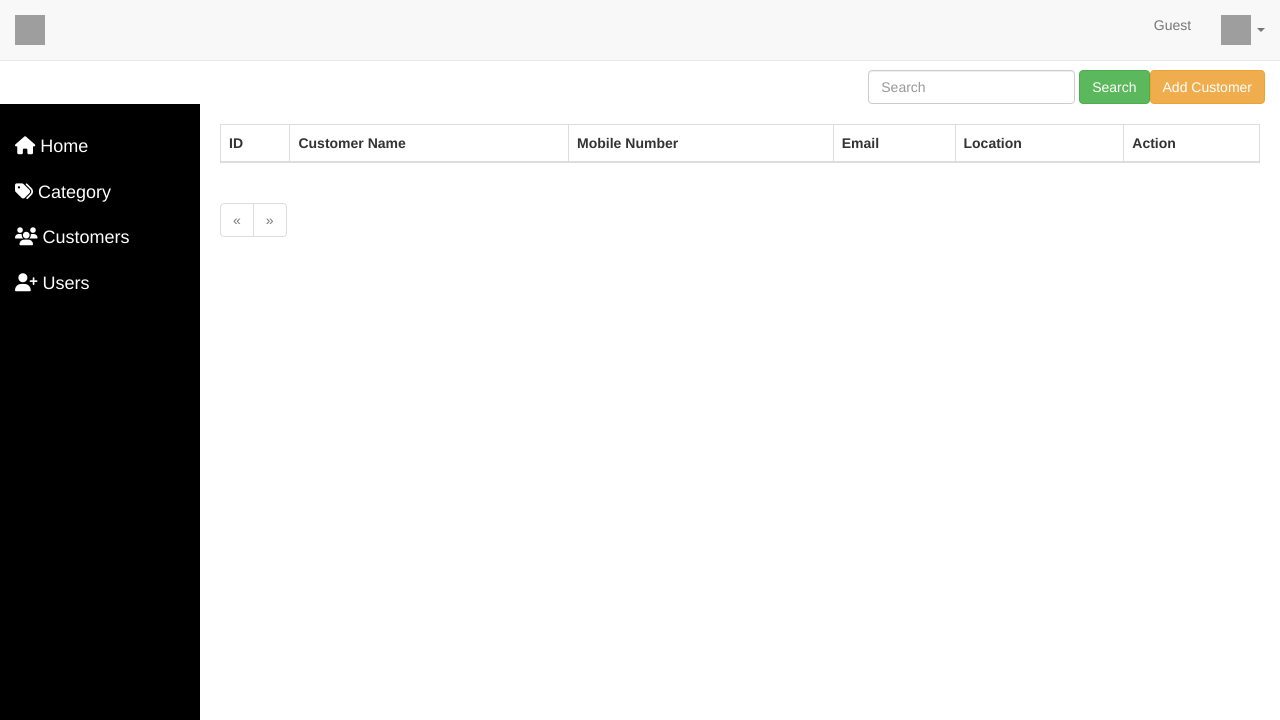
Repository: Nireshkumar24/CRM
Page: http://localhost/adduser
The author's editor kept a copy of each file at every save. The page is drawn from the files as they stood at one save, then again after the next save.
The browser window is 1280 px wide. The pictures show the whole page.
Pictures or frames that could not be fetched are drawn as grey boxes. The page is served by the project's application, run on Flask 3 (app.py). Queries for data that is not in the repository find no rows.

Above is the page before, as saved 2024-05-23 11:40:38.
Console error: ReferenceError: $ is not defined

### templates/adduser.html
<!DOCTYPE html>
<html lang="en">

<head>
    <meta charset="UTF-8">
    <meta name="viewport" content="width=device-width, initial-scale=1.0">
    <title>Adduser</title>
    <!-- Bootstrap 3.3.7 CSS -->
    <link rel="stylesheet" href="https://cdn.jsdelivr.net/npm/bootstrap@3.3.7/dist/css/bootstrap.min.css">
    <link href="https://fonts.googleapis.com/css?family=Roboto&display=swap" rel="stylesheet">
    <link rel="stylesheet" href="https://cdnjs.cloudflare.com/ajax/libs/font-awesome/6.2.0/css/all.min.css">

    <style>
        .profile-dropdown-toggle::after {
            display: none;
        }

        .side-nav {
            height: 100vh;
            width: 200px;
            position: fixed;
            z-index: 1;
            left: 0;
            background-color: #000;
            overflow-x: hidden;
            padding-top: 20px;
        }

        .side-nav a {
            padding: 10px 15px;
            text-decoration: none;
            font-size: 18px;
            color: white;
            display: block;
            transition: 0.3s;
        }

        .side-nav a:hover {
            color: #f1f1f1;
            background-color: #575757;
        }

        .content {
            margin-left: 200px;
            padding: 20px;
        }

        @media (max-width: 768px) {


            /* Always float the navbar header to the left */
            .navbar-header {
                float: left;
            }

            /* Override the collapsing behavior */
            .navbar-collapse.collapse {
                display: block !important;
                height: auto !important;
                padding-bottom: 0;
                overflow: visible !important;
            }

            /* Ensure navbar items are displayed inline */
            .navbar-nav>li {
                display: inline-block;
            }

            /* Center the navbar items */
            .navbar-nav {
                float: none;
                /* text-align: center; */
                text-align: right;

            }

            /* Adjust the dropdown menu position */
            .navbar-right .dropdown-menu {
                right: 0;
                left: auto;
            }

            /* Optional: Increase the size of the toggle for better usability */
            .navbar-toggle {
                display: none;
                /* You might choose to hide or show and increase its size */
            }

            /* Adjust the brand logo size if necessary */
            .navbar-brand img {
                max-width: 100%;
                height: auto;
            }

            @media (max-width: 768px) {
                .form-inline.text-right {
                    display: flex;
                    align-items: center;
                    justify-content: center;
                    /* Center the form on small screens */
                }

                .form-inline.text-right .form-control {
                    flex-grow: 1;
                }

                .form-inline.text-right .btn {
                    margin-left: 10px;
                }

                .content {
                    padding-top: 70px;
                    /* Adjust padding to avoid overlap with navbar */
                }
            }

            .btn-success {
                background-color: #28a745;
            }


        }
    </style>
</head>

<body>
    <!-- Navbar using Bootstrap 3 structure -->
    <nav class="navbar navbar-default navbar-fixed-top">
        <div class="container-fluid">
            <div class="navbar-header">
                <button type="button" class="navbar-toggle collapsed" data-toggle="collapse"
                    data-target="#navbar-collapse-1" aria-expanded="false">
                    <span class="sr-only">Toggle navigation</span>
                    <span class="icon-bar"></span>
                    <span class="icon-bar"></span>
                    <span class="icon-bar"></span>
                </button>
                <a class="navbar-brand" href="#">
                    <img src="path/to/your/logo.png" width="30" height="30" class="d-inline-block align-top" alt=""
                        loading="lazy">
                </a>
            </div>
            <div class="collapse navbar-collapse" id="navbar-collapse-1">
                <ul class="nav navbar-nav navbar-right">
                    <li><a href="#">{{ session['username'] if 'username' in session else 'Guest' }}</a></li>
                    <li class="dropdown">
                        <a href="#" class="dropdown-toggle" data-toggle="dropdown" role="button" aria-haspopup="true"
                            aria-expanded="false">
                            <img src="path/to/profile/picture.jpg" width="30" height="30" class="rounded-circle"
                                alt="Profile Picture"> <span class="caret"></span>
                        </a>
                        <ul class="dropdown-menu">
                            <li><a href="{{url_for('login')}}">Logout</a></li>
                        </ul>
                    </li>
                </ul>
            </div>
        </div>
    </nav>
    <!-- <div class="container-fluid" style="padding-top: 70px;">
        <div class="row">
            <div class="col-md-12" id="search-and-add">
                <form class="form-inline text-right" action="/search_user" method="post">
                    <input type="search" class="form-control" placeholder="Search" name="search"
                        style="margin-right: 5px;">
                    <button type="submit" class="btn btn-success" style="margin-right: 5px;">Search</button>
                    <button type="button" class="btn btn-warning pull-right" data-toggle="modal"
                        data-target="#addCategoryModal">
                        Add Customer
                    </button>
                </form>
            </div>
        </div>
    </div> -->
    <div class="container-fluid" style="padding-top: 70px;">
        <div class="row">
            <div class="col-md-12" id="search-and-add">
                <form class="form-inline text-right" action="/search_user" method="post">
                    <input type="search" class="form-control" placeholder="Search" name="search">
                    <button type="submit" class="btn btn-success">Search</button>
                    <button type="button" class="btn btn-warning pull-right" data-toggle="modal"
                        data-target="#addCategoryModal">
                        Add Customer
                    </button>
                </form>
            </div>
        </div>
    </div>

    <div class="side-nav">
        <a href="/index"><i class="fa fa-home"></i> Home</a>
        <a href="/addcategory"><i class="fa fa-tags"></i> Category</a>
        <a href="/adduser"><i class="fa fa-users"></i> Customers</a>
        <a href="/createuser"><i class="fa fa-user-plus"></i> Users</a>
    </div>
    <div class="content">
        <table class="table table-striped table-bordered hover">
            <thead class="thead-light">
                <tr>
                    <th>ID</th>
                    <th>Customer Name</th>
                    <th>Mobile Number</th>
                    <th>Email</th>
                    <th>Location</th>
                    <th>Action</th>

                </tr>
            </thead>
            <tbody>



                {% for customer in customers %}

                <tr>
                    <td>{{ customer.id }}</td>
                    <!-- <td>{{ customer.customer_name }}</td> -->
                    <td><a href="{{ url_for('user_profile', user_id=customer.id) }}">{{ customer.customer_name }}</a>
                    </td>

                    <td>{{ customer.mobile_number }}</td>
                    <td>{{ customer.email }}</td>
                    <td>{{ customer.location }}</td>

                    <td>
                        <div class="dropdown">
                            <a href="#" class="dropdown-toggle" data-toggle="dropdown" aria-expanded="false">
                                <span class="glyphicon glyphicon-option-vertical"></span>
                            </a>
                            <ul class="dropdown-menu" role="menu">
                                <li><a href="#" data-toggle="modal"
                                        data-target="#editCustomerModal-{{ customer.id }}">Edit</a></li>
                                <li>
                                    <form action="{{ url_for('delete_customer', id=customer.id) }}" method="post"
                                        onsubmit="return confirm('Are you sure?');">
                                        <button type="submit" class="btn btn-link">Delete</button>
                                    </form>
                                </li>
                            </ul>
                        </div>
                    </td>
                    <td><a href="{{ url_for('user_profile', user_id=customer.id) }}" class="btn btn-success">View
                            Profile</a></td>
                    <td>
                        <button onclick="generateAndShowLink('{{ customer.id }}')" class="btn btn-warning">Generate
                            Upload Link</button>
                    </td>

                    <td><a href="{{ url_for('upload_documents', user_id=customer.id) }}" class="btn btn-primary">Upload
                            Documents</a></td>
                    </td>
                </tr>
                <div class="modal fade" id="editCustomerModal-{{ customer.id }}" tabindex="-1" role="dialog"
                    aria-labelledby="editCustomerLabel-{{ customer.id }}">
                    <!-- Modal content -->
                    <div class="modal-dialog" role="document">
                        <div class="modal-content">
                            <!-- Corrected form action to use 'customer.id' -->
                            <form action="{{ url_for('edit_customer', id=customer.id) }}" method="post">
                                <div class="modal-header">
                                    <h5 class="modal-title">Edit Customer</h5>
                                    <button type="button" class="close" data-dismiss="modal" aria-label="Close">
                                        <span aria-hidden="true">&times;</span>
                                    </button>
                                </div>
                                <div class="modal-body">
                                    <!-- Corrected form fields to use 'customer' -->
                                    <div class="form-group">
                                        <label>Customer Name</label>
                                        <input type="text" name="cname" class="form-control"
                                            value="{{ customer.customer_name }}" required>
                                    </div>
                                    <div class="form-group">
                                        <label>Email</label>
                                        <input type="email" name="email" class="form-control"
                                            value="{{ customer.email }}" required>
                                    </div>
                                    <div class="form-group">
                                        <label>Mobile</label>
                                        <!-- <input type="number" name="mobileNumber" class="form-control"
                                            value="{{ customer.mobile_number }}" required> -->
                                        <input type="tel" class="form-control" id="mobileNumber" name="mobileNumber"
                                            required maxlength="10" pattern="\d{10}"
                                            title="Mobile number must be 10 digits" value="{{customer.mobile_number}}">

                                    </div>
                                    <div class="form-group">
                                        <label>Location</label>
                                        <input type="text" name="location" class="form-control"
                                            value="{{ customer.location }}" required>
                                    </div>
                                    <!-- CSRF token should be added here if you're using Flask-WTF for CSRF protection -->
                                </div>
                                <div class="modal-footer">
                                    <button type="button" class="btn btn-secondary" data-dismiss="modal">Close</button>
                                    <button type="submit" class="btn btn-primary">Save changes</button>
                                </div>
                            </form>
                        </div>
                    </div>
                </div>

                {% endfor %}


            </tbody>
        </table>
        <nav>
            <ul class="pagination">
                <li class="{{ 'disabled' if not pagination.has_prev }}">
                    <a href="{{ url_for('adduser', page=pagination.prev_num) }}" aria-label="Previous">
                        <span aria-hidden="true">&laquo;</span>
                    </a>
                </li>
                {% for page in pagination.iter_pages() %}
                <li class="{{ 'active' if page == pagination.page }}">
                    <a href="{{ url_for('adduser', page=page) }}">{{ page }}</a>
                </li>
                {% endfor %}
                <li class="{{ 'disabled' if not pagination.has_next }}">
                    <a href="{{ url_for('adduser', page=pagination.next_num) }}" aria-label="Next">
                        <span aria-hidden="true">&raquo;</span>
                    </a>
                </li>
            </ul>
        </nav>
    </div>
    <!-- Modal -->

    <div class="modal fade" id="addCategoryModal" tabindex="-1" role="dialog" aria-labelledby="modalLabel"
        aria-hidden="true">
        <div class="modal-dialog" role="document">
            <div class="modal-content">
                <div class="modal-header">
                    <h4 class="modal-title" id="modalLabel">Add Customer</h4>
                    <button type="button" class="close" data-dismiss="modal" aria-label="Close">
                        <span aria-hidden="true">&times;</span>
                    </button>
                </div>

                <div class="modal-body">
                    <form method="post" action="{{ url_for('adduser') }}">
                        <div class="form-group">
                            <label for="customerName">Customer Name</label>
                            <input type="text" class="form-control" id="customerName" required name="cname">
                        </div>
                        <div class="form-group">
                            <label for="email">Email</label>
                            <input type="email" class="form-control" id="email" required name="email">
                        </div>
                        <div class="form-group">
                            <label for="mobileNumber">Mobile Number</label>
                            <!-- <input type="number" class="form-control" id="mobileNumber" required name="mobileNumber"> -->
                            <input type="tel" class="form-control" id="mobileNumber" name="mobileNumber" required
                                maxlength="10" pattern="\d{10}" title="Mobile number must be 10 digits">

                        </div>

                        <div class="form-group">
                            <label for="location">Location</label>
                            <input type="text" class="form-control" id="location" required name="location">
                        </div>

                        <div class="modal-footer">
                            <button type="button" class="btn btn-secondary" data-dismiss="modal">Close</button>
                            <button type="submit" class="btn btn-primary">Save changes</button>
                        </div>
                    </form>
                </div>

            </div>
        </div>
    </div>


    <div class="modal fade " id="linkModal" tabindex="-1" role="dialog" aria-labelledby="linkModalLabel"
        aria-hidden="true">
        <div class="modal-dialog" role="document">
            <div class="modal-content">
                <div class="modal-header">
                    <h5 class="modal-title" id="linkModalLabel">Your Upload Link</h5>
                    <button type="button" class="close" data-dismiss="modal" aria-label="Close">
                        <span aria-hidden="true">&times;</span>
                    </button>
                </div>
                <div class="modal-body " style="display: flex;">
                    <input type="text" class="form-control" id="generatedLink" value="https://example.com" readonly>
                    <button type="button" class="btn btn-primary mt-2" id="copyButton" onclick="copyToClipboard()">
                        Copy Link
                    </button>
                </div>
            </div>
        </div>
    </div>






    <script>
        $(document).ready(function () {
            var navbarHeight = $('.navbar').outerHeight();
            $('.side-nav').css('top', navbarHeight + 'px');
        });

        function generateAndShowLink(userId) {
            fetch(`/generate_link/${userId}`)
                .then(response => {
                    if (!response.ok) {
                        throw new Error('Network response was not ok: ' + response.statusText);
                    }
                    return response.json();
                })
                .then(data => {
                    if (data.link) {
                        document.getElementById('generatedLink').value = data.link; // Set link in input field
                        $('#linkModal').modal('show'); // Display the modal
                    } else {
                        alert('Link generation failed, no link provided.');
                    }
                })
                .catch(error => {
                    console.error('Fetch error:', error);
                    alert('Error generating link: ' + error.message);
                });
        }

        // function copyToClipboard() {
        //     var copyText = document.getElementById("generatedLink");
        //     copyText.select();
        //     copyText.setSelectionRange(0, 99999);
        //     document.execCommand("copy");
        //     alert("Copied to clipboard: " + copyText.value);
        // }
        function copyToClipboard() {
            var copyText = document.getElementById("generatedLink");
            copyText.select();
            document.execCommand("copy");

            var copyButton = document.getElementById("copyButton");
            copyButton.innerHTML = 'Copied <i class="fas fa-check"></i>'; // Assumes FontAwesome is used for icons
            copyButton.classList.add("btn-success"); // Change button color to green
            copyButton.classList.remove("btn-primary");

            setTimeout(function () { // Reset button after 3 seconds
                copyButton.innerHTML = "Copy Link";
                copyButton.classList.add("btn-primary");
                copyButton.classList.remove("btn-success");
            }, 3000);
        }

    </script>
    <script>function validateMobileNumber(input) {
            // Remove any characters that are not digits
            input.value = input.value.replace(/\D/g, '');

            // Limit to 10 digits
            if (input.value.length > 10) {
                input.value = input.value.slice(0, 10);
            }
        }
    </script>

    <!-- Include Bootstrap and jQuery -->
    <script src="https://code.jquery.com/jquery-3.5.1.slim.min.js"></script>
    <!-- <script src="https://cdn.jsdelivr.net/npm/bootstrap@4.5.2/js/bootstrap.min.js"></script> -->
    <!-- jQuery (necessary for Bootstrap's JavaScript plugins) -->
    <script src="https://ajax.googleapis.com/ajax/libs/jquery/1.12.4/jquery.min.js"></script>
    <!-- Include all compiled plugins (below), or include individual files as needed -->
    <script src="https://cdn.jsdelivr.net/npm/bootstrap@3.3.7/dist/js/bootstrap.min.js"></script>
    <!-- <script src="https://ajax.googleapis.com/ajax/libs/jquery/1.12.4/jquery.min.js"></script> -->
    <!-- <script src="https://cdn.jsdelivr.net/npm/bootstrap@3.3.7/dist/js/bootstrap.min.js"></script> -->

</body>

</html>

Loaded but not shown: app.py (707 lines, source omitted)

After the next save:
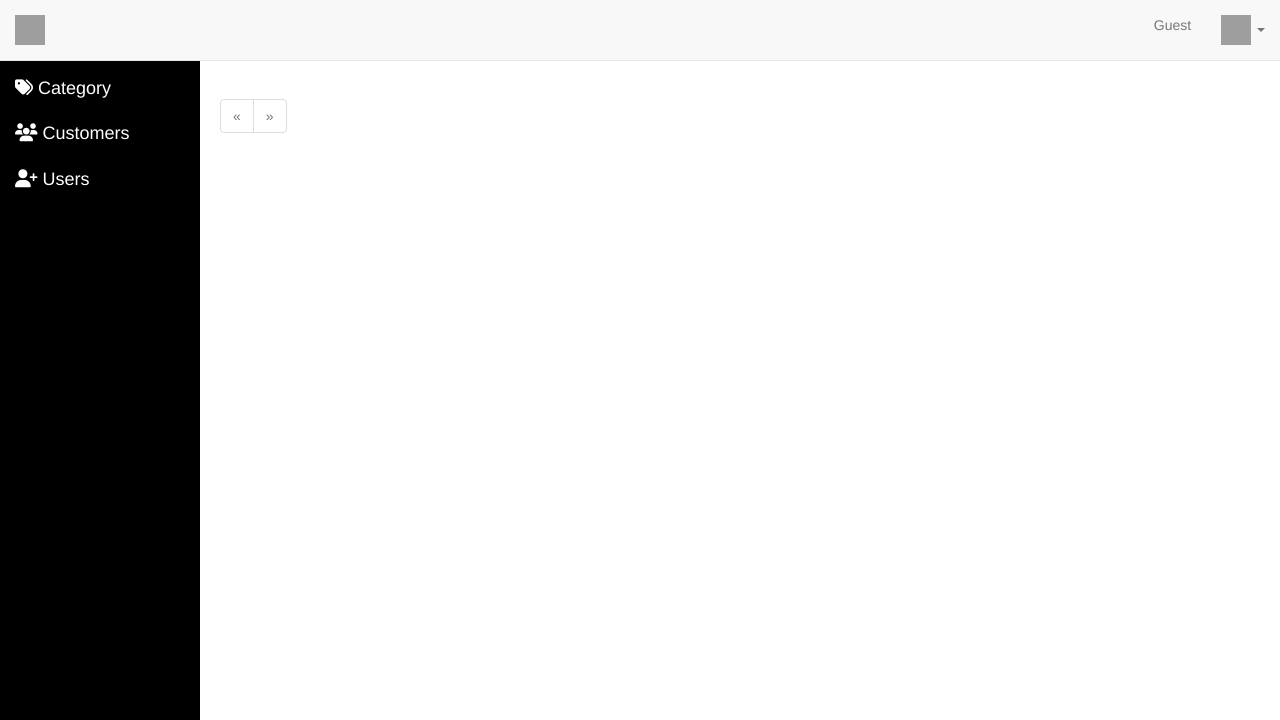
Saved 74 s later.
--- a/templates/adduser.html
+++ b/templates/adduser.html
@@ -172,20 +172,6 @@
             </div>
         </div>
     </div> -->
-    <div class="container-fluid" style="padding-top: 70px;">
-        <div class="row">
-            <div class="col-md-12" id="search-and-add">
-                <form class="form-inline text-right" action="/search_user" method="post">
-                    <input type="search" class="form-control" placeholder="Search" name="search">
-                    <button type="submit" class="btn btn-success">Search</button>
-                    <button type="button" class="btn btn-warning pull-right" data-toggle="modal"
-                        data-target="#addCategoryModal">
-                        Add Customer
-                    </button>
-                </form>
-            </div>
-        </div>
-    </div>
 
     <div class="side-nav">
         <a href="/index"><i class="fa fa-home"></i> Home</a>

After the save that followed:
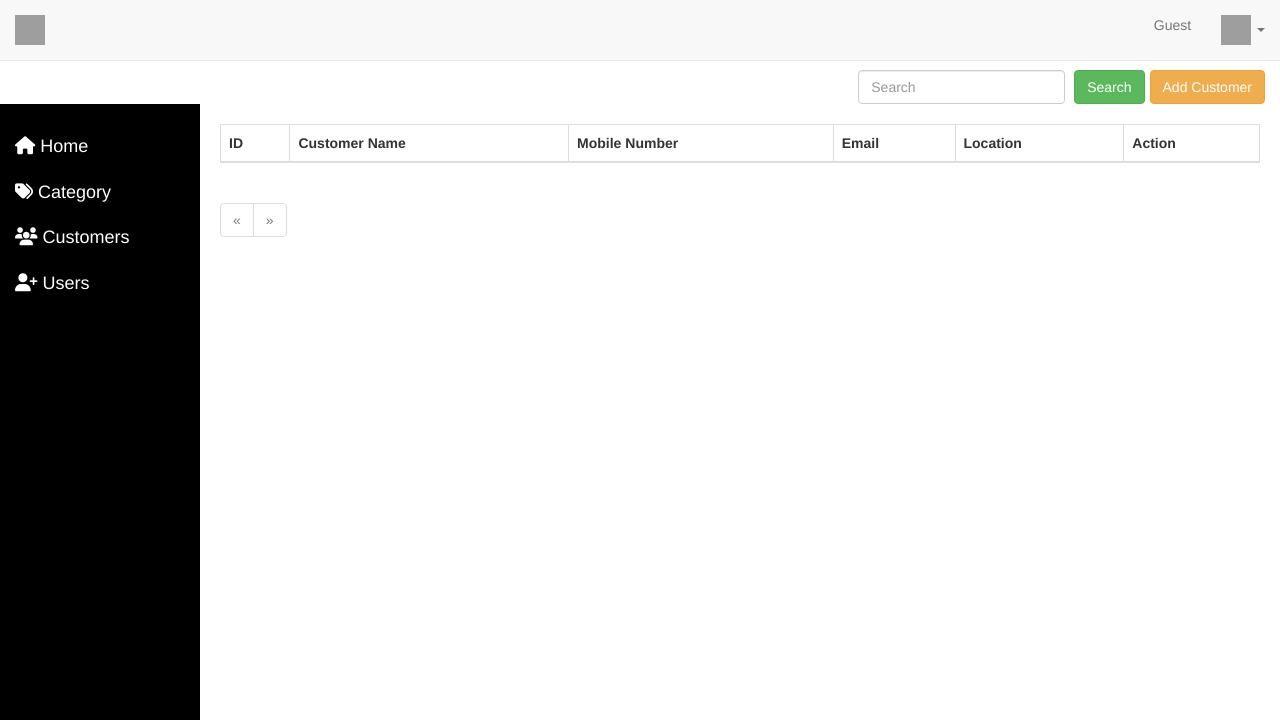
Saved 7 s later.
--- a/templates/adduser.html
+++ b/templates/adduser.html
@@ -157,7 +157,7 @@
             </div>
         </div>
     </nav>
-    <!-- <div class="container-fluid" style="padding-top: 70px;">
+    <div class="container-fluid" style="padding-top: 70px;">
         <div class="row">
             <div class="col-md-12" id="search-and-add">
                 <form class="form-inline text-right" action="/search_user" method="post">
@@ -171,7 +171,7 @@
                 </form>
             </div>
         </div>
-    </div> -->
+    </div>
 
     <div class="side-nav">
         <a href="/index"><i class="fa fa-home"></i> Home</a>
